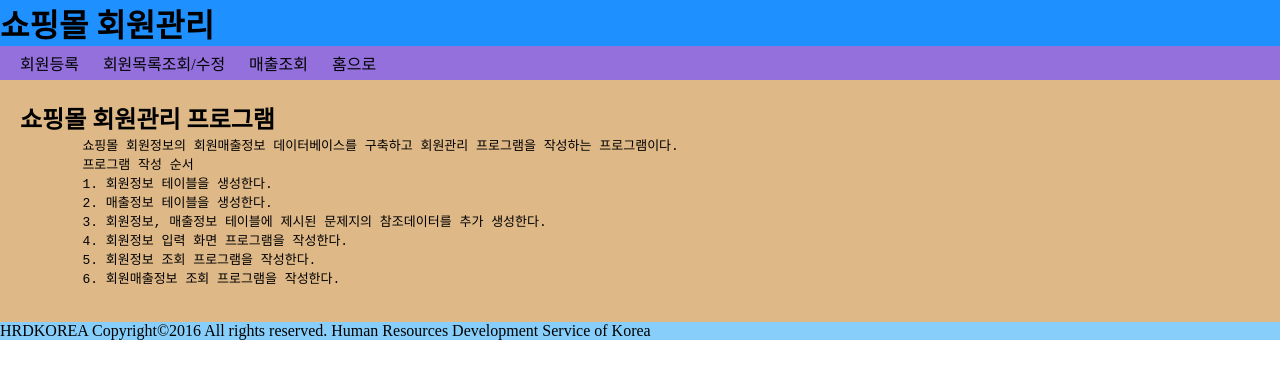
Repository: guguping/finalTestStudy
Page: http://localhost/test2/
An editor plug-in stored every save of this project. The page is shown before and after the next save, followed by the edit.
The browser window is 1280 px wide. The pictures show the whole page.
The page is served by Tomcat 9.

Above is the page before, as saved 2023-07-28 06:44:04.

After the next save:
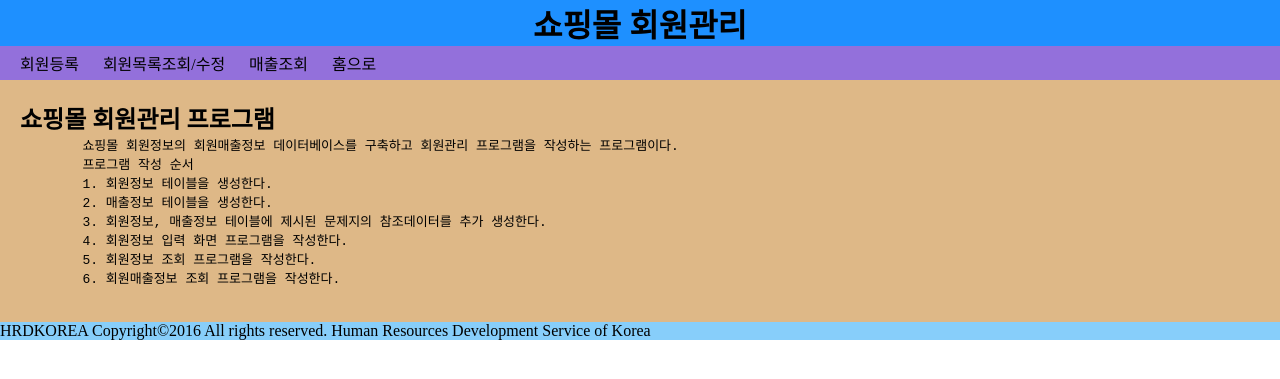
Saved 43 s later.
--- a/test2/src/main/webapp/index.jsp
+++ b/test2/src/main/webapp/index.jsp
@@ -17,6 +17,9 @@
         }
         a:hover {
         	color: yellow;
+        }
+        h1 {
+        	text-align: center;
         }
     </style>
 </head>
